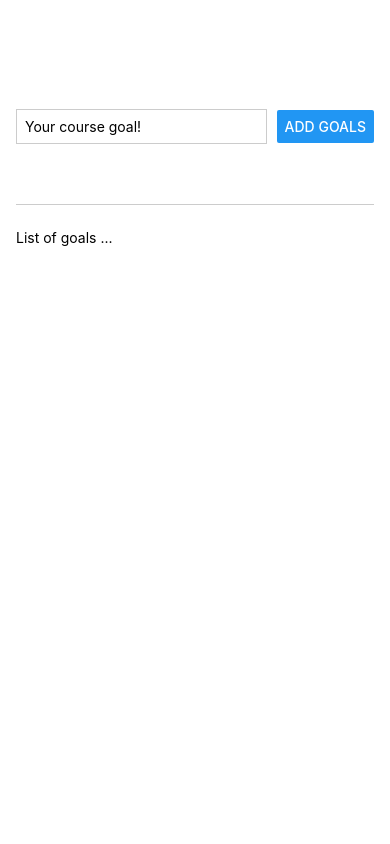
Repository: vanh1604/Todo-List
Screen: /
The author's editor kept a copy of each file at every save. The screen is drawn from the files as they stood at one save, then again after the next save.
The app was drawn by React Native's web renderer in a window 390 px wide. The project was rebuilt for these pictures with package versions that can differ from the ones it lists, and the page was loaded fresh each time.

Above is the screen before, as saved 2023-06-16 15:50:24.

### App.js
import { useState } from "react";
import { StyleSheet, Text, TextInput, View, Button } from "react-native";

export default function App() {
  const [enteredGoalText, setEnteredGoalText] = useState();
  const [courseGoals, setCourseGoals] = useState([]);
  function goalInputHandler(enteredText) {
    setEnteredGoalText(enteredText);
  }
  function addGoalHandler() {
    setCourseGoals((currentCourseGoals) => [
      ...currentCourseGoals,
      enteredGoalText,
    ]);
  }
  return (
    <View style={styles.appContainer}>
      <View style={styles.inputContainer}>
        <TextInput
          style={styles.textInput}
          placeholder="Your course goal!"
          onChangeText={goalInputHandler}
        ></TextInput>
        <Button title="Add goals" onPress={addGoalHandler} />
      </View>
      <View style={styles.goalsContainer}>
        <Text>List of goals ...</Text>
      </View>
    </View>
  );
}

const styles = StyleSheet.create({
  appContainer: {
    flex: 1,
    paddingTop: 50,
    paddingHorizontal: 16,
  },
  inputContainer: {
    flex: 1,
    flexDirection: "row",
    justifyContent: "space-between",
    alignItems: "center",
    marginBottom: 24,
    borderBottomWidth: 1,
    borderBottomColor: "#cccccc",
  },
  textInput: {
    borderWidth: 1,
    borderColor: "#cccccc",
    width: "70%",
    marginRight: 8,
    padding: 8,
  },
  goalsContainer: {
    flex: 4,
  },
});

After the next save:
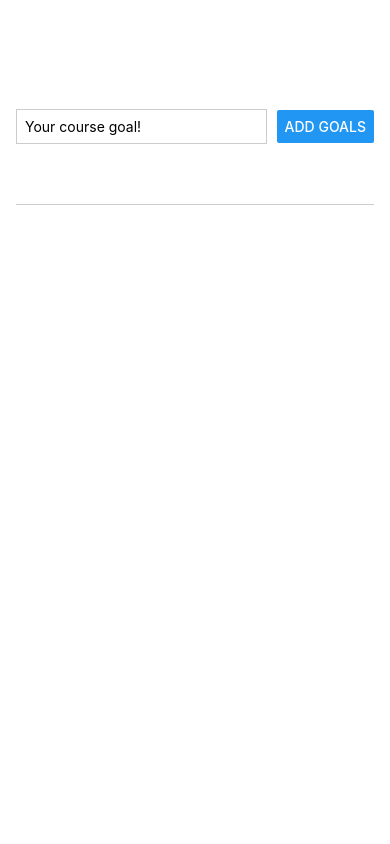
Saved 101 s later.
--- a/App.js
+++ b/App.js
@@ -24,7 +24,9 @@ export default function App() {
         <Button title="Add goals" onPress={addGoalHandler} />
       </View>
       <View style={styles.goalsContainer}>
-        <Text>List of goals ...</Text>
+        {courseGoals.map((goal) => {
+          <Text>{goal}</Text>;
+        })}
       </View>
     </View>
   );
